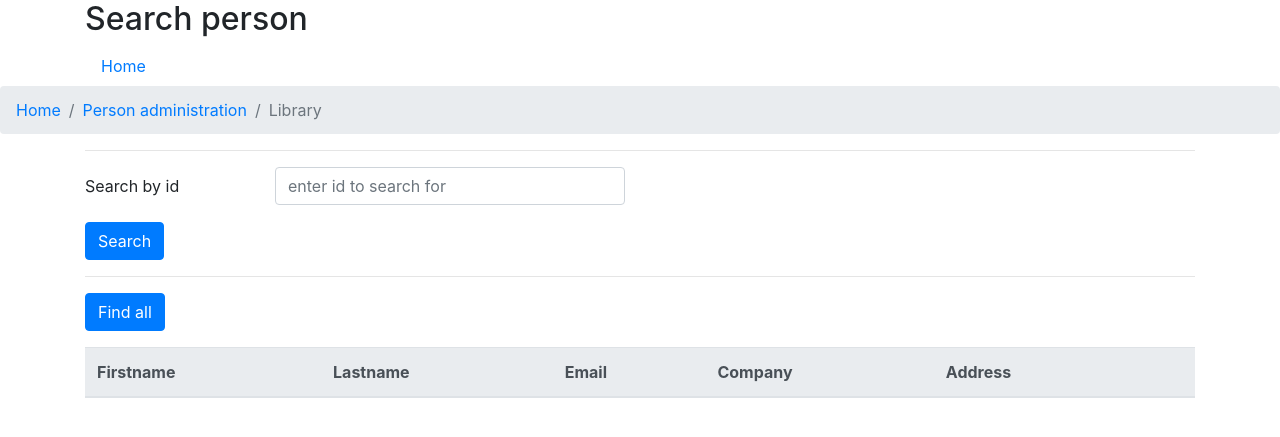
Repository: bvanrooy/exspring
Page: http://localhost/searchperson
These files come from the project's save history. The page is drawn as it stood at one moment and after the next save; the edit follows.
The browser window is 1280 px wide. The pictures show the whole page.
The page is this project's Thymeleaf template; nobody is signed in. The template is opened directly, without the code that normally fills it, so the values that code supplies are empty.

Above is the page before, as saved 2020-10-07 12:57:44.

After the next save:
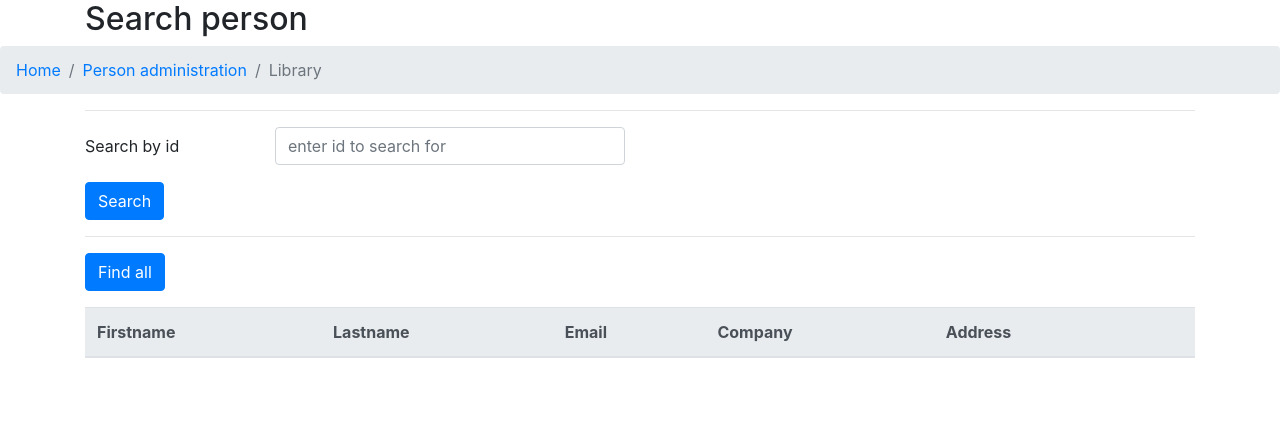
Saved 16 s later.
--- a/ExB3/src/main/resources/templates/searchperson.html
+++ b/ExB3/src/main/resources/templates/searchperson.html
@@ -11,9 +11,6 @@
 <body>
 	<div class="container">
 		<h2>Search person</h2>
-	</div>
-	<div class="container">
-		<a class="nav-link" href="./index">Home</a>
 	</div>
 	<nav aria-label="breadcrumb">
 		<ol class="breadcrumb">
